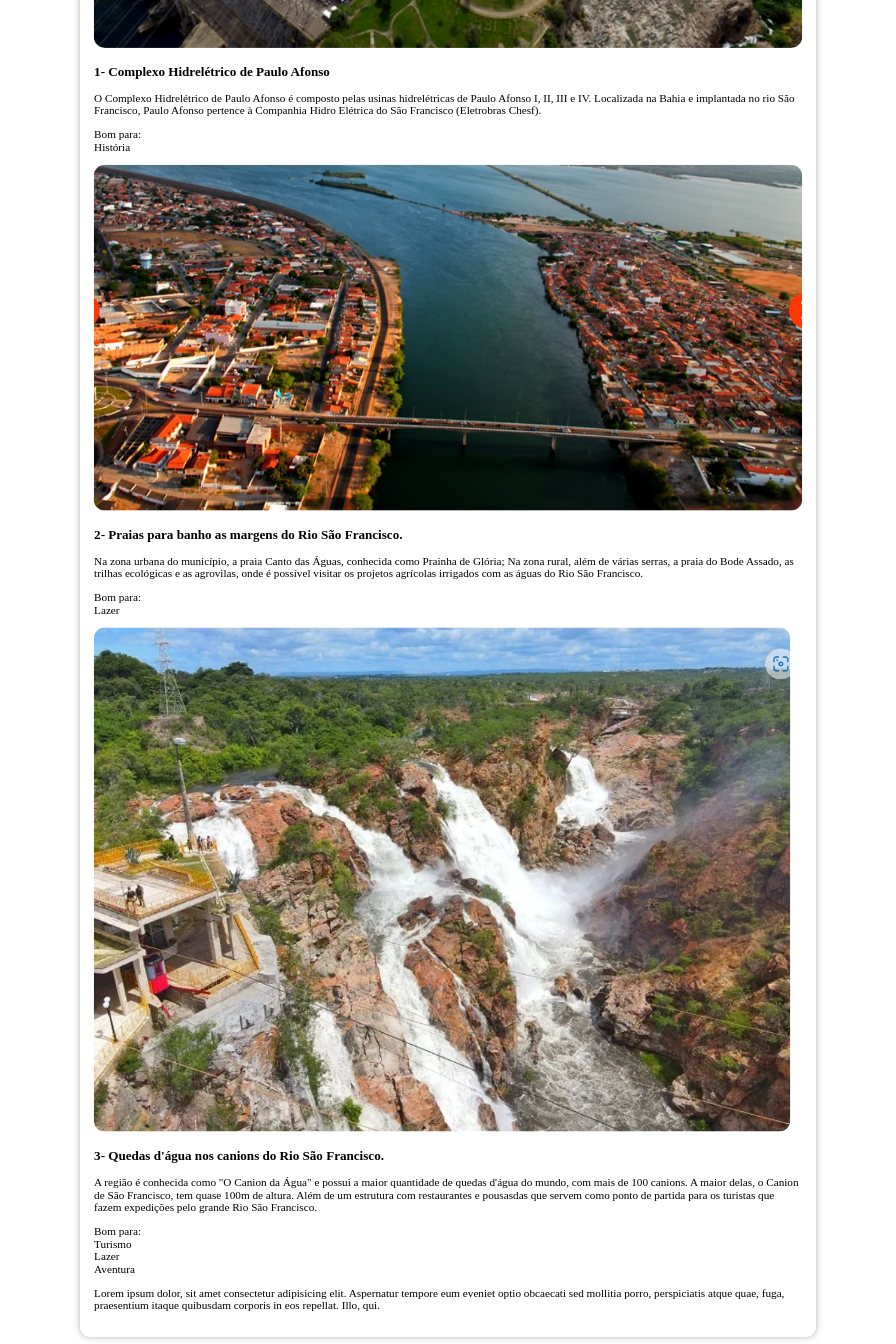
Repository: JeffRodFer/testeGitXGithub
Page: index.html
The author's editor kept a copy of each file at every save. The page is drawn from the files as they stood at one save, then again after the next save.
The browser window is 1280 px wide. The pictures show the part of the page from y = 1588 to 3508 px (the page is 3508 px tall before and 3233 px after), at 70% of full size.

Above is the page before, as saved 2025-03-15 21:00:48.

After the next save:
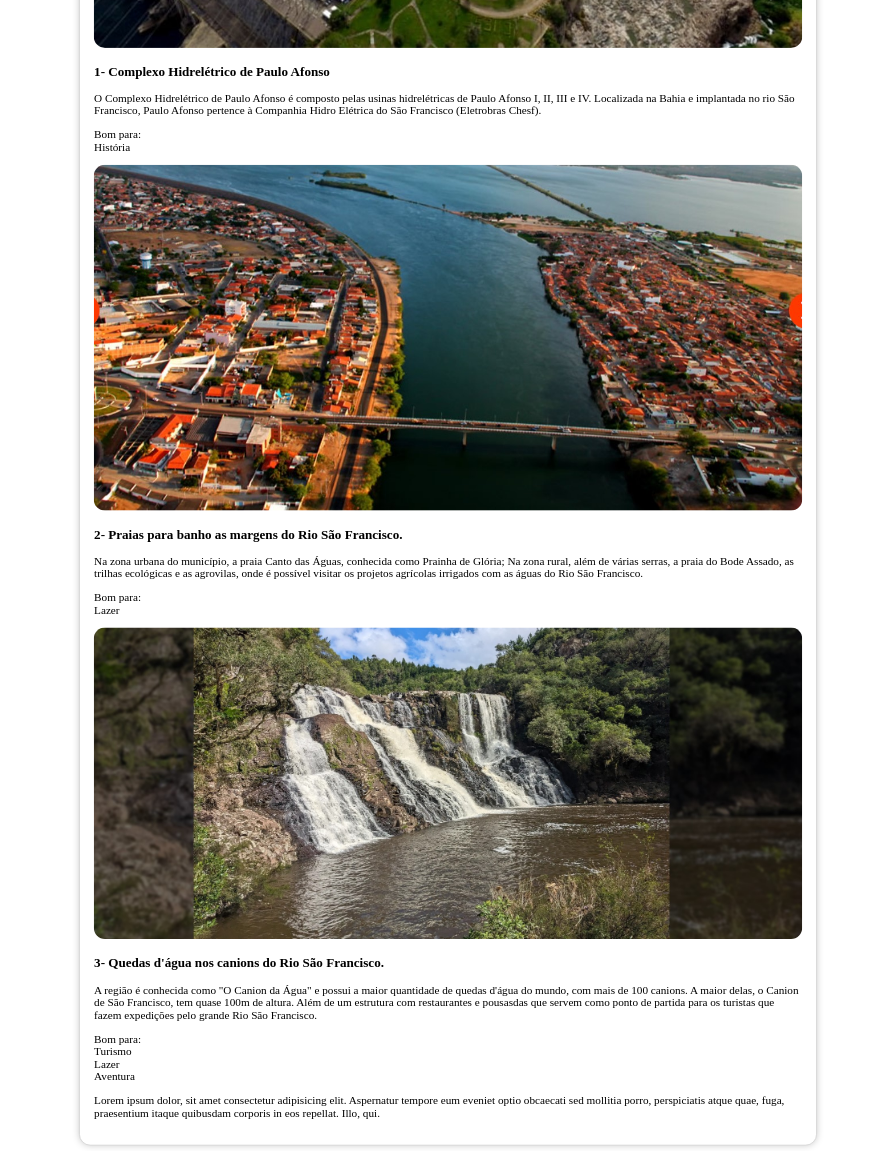
Saved 3 min 2 s later.
--- a/index.html
+++ b/index.html
@@ -40,7 +40,7 @@
                     Lazer</p>
             </section>
             <section>
-                <img src="assets/rochasagua.jpg" alt="quedas d'agua nos canions do rio são francisco">
+                <img src="assets/quedasdagua.jpg" alt="quedas d'agua nos canions do rio são francisco">
                 <h3>3- Quedas d'água nos canions do Rio São Francisco.</h3>
                 <p>
                     A região é conhecida como "O Canion da Água" e possui a maior quantidade de quedas d'água do mundo, com mais de 100 canions. A maior delas, o Canion de São Francisco, tem quase 100m de altura. Além de um estrutura com restaurantes e pousasdas que servem como ponto de partida para os turistas que fazem expedições pelo grande Rio São Francisco.
